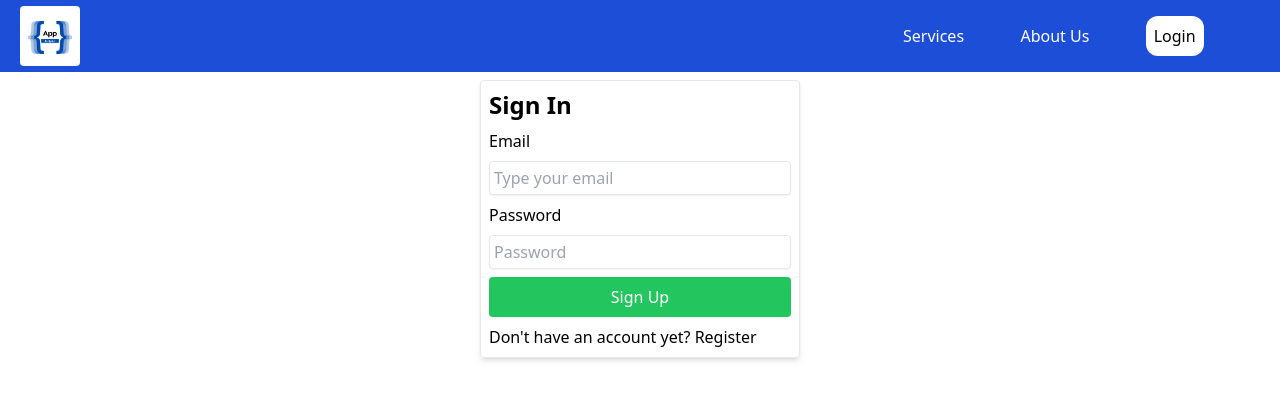
Repository: Cotizacionact/appscriptersvelte
Page: /Auth
The author's editor kept a copy of each file at every save. The page is drawn from the files as they stood at one save, then again after the next save.
The browser window is 1280 px wide. The pictures show the whole page.
The page's requests for data from a server got no answer. The project was rebuilt for these pictures with package versions that can differ from the ones it lists, and the page was loaded fresh each time. The framework's server and built-in components were replaced by stand-ins that run in the browser. No one was signed in, and anything a server would have sent is missing. Also part of the build but not shown: svelte.config.js, vite.config.ts, src/routes/Auth/register.svelte, src/routes/Auth/SignOut.svelte.

Above is the page before, as saved 2023-08-20 02:41:44.

### src/routes/+layout.svelte
<script>
	import PublicNav from "$lib/Public/Navegation/PublicNav.svelte";
    import "../app.css";
</script>
<PublicNav></PublicNav>
  <slot />

### src/routes/Auth/+page.svelte
<script lang="ts">
	import Register from "./register.svelte";
    import type {Component} from "$lib"
	import SignIn from "./SignIn.svelte";
	import SignOut from "./SignOut.svelte";

    let state:number = 0

    let StateHandler:{[key:number]:Component} = {
        0:SignIn,
        1:Register,
        2:SignOut
    }
</script>

<svelte:component this={StateHandler[state]}></svelte:component>

### src/routes/Auth/+page.server.ts
import { supabase } from "../../supabaseClient";
import { fail, redirect, type Actions } from "@sveltejs/kit";
import { AuthApiError } from "@supabase/supabase-js";




export const actions: Actions = {
    register:async ({request,locals})=>{
        const body = Object.fromEntries(await request.formData())
        const {data,error:err} = await supabase.auth.signUp({
            email:body.email as string,
            password:body.password as string
        })

        if(err){
            if(err instanceof AuthApiError && err.status === 400){
                return fail(400,{
                    error:"Invalid email or password"
                })
            }
            return fail(500, {error:"Server error. Please try again later."})
        }
        throw redirect(303, "/Private")
    }
};

### src/lib/Public/Navegation/PublicNav.svelte
<script>
    let show = false

</script>

<header class="w-full flex items-center justify-between bg-[#1d4ed8] p-5 h-[10vh]">
    <img src="/Images/Logo_Original.png" width={60} class="rounded bg-white p-2" alt="Logo"/>
    <div class=" hidden sm:flex w-1/3 justify-evenly text-white items-center">
        <p>Services</p>
        <p>About Us</p>
        <p class="bg-white text-black p-2 rounded-xl">Login</p>
    </div>
    <div class="space-y-2 border p-2 rounded sm:hidden">
      <div class="w-8 h-1 bg-white"></div>
      <div class="w-8 h-1 bg-white"></div>
      <div class="w-8 h-1 bg-white"></div>
    </div>
    {#if show=== true}
    <div class="absolute w-1/3 bg-white border right-0 bottom-[-100%] rounded p-2">
      <p class="border-b text-center hover:bg-gray-200 hover:rounded">Services</p>
      <p class="border-b text-center hover:bg-gray-200 hover:rounded">About Us</p>
      <p class="text-center bg-green-500 hover:bg-green-700 rounded font-bold text-white">Login</p>
    </div>
   {/if}
</header>

### src/routes/Auth/SignIn.svelte
<script lang="ts">

</script>

<main class="flex justify-center">
    <form action="?/signIn" method="POST" class="shadow-md flex flex-col md:w-1/4 border rounded my-2 p-2 space-y-2">
        <h1 class="font-bold text-2xl">Sign In</h1>
        <label for="email">Email</label>
        <input class="shadow-sm rounded border p-1"  type="text" name="email" id="email" placeholder="Type your email"/>
        <label for="password">Password</label>
        <input class="shadow-sm rounded border p-1" type="password" name="password" id="password" placeholder="Password"/>
        <button class="shadow-sm hover:shadow-md active:shadow-lg bg-green-500 text-white p-2 rounded hover:bg-green-700 active:bg-green-900">Sign Up</button>
        <p>Don't have an account yet? <a>Register</a></p>
    </form>
</main>

### src/supabaseClient.ts

import { PUBLIC_SUPABASE_ANON_KEY, PUBLIC_SUPABASE_URL } from '$env/static/public'
import { createClient } from '@supabase/supabase-js'

// Create a single supabase client for interacting with your database
export const supabase = createClient(PUBLIC_SUPABASE_URL, PUBLIC_SUPABASE_ANON_KEY)

Loaded but not shown: src/app.html (common file); src/app.css (common file); tailwind.config.js (common file)

After the next save:
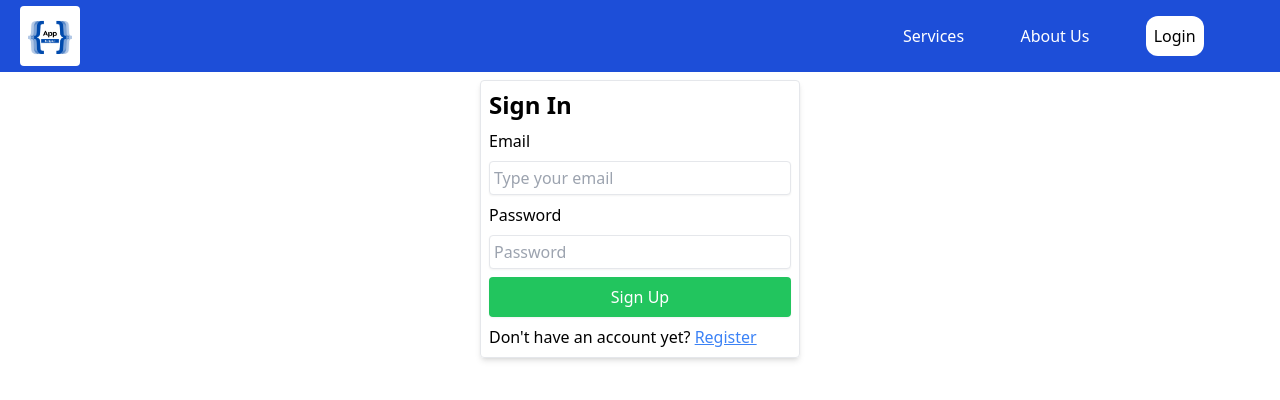
Saved 119 s later.
--- a/src/routes/Auth/SignIn.svelte
+++ b/src/routes/Auth/SignIn.svelte
@@ -10,6 +10,6 @@
         <label for="password">Password</label>
         <input class="shadow-sm rounded border p-1" type="password" name="password" id="password" placeholder="Password"/>
         <button class="shadow-sm hover:shadow-md active:shadow-lg bg-green-500 text-white p-2 rounded hover:bg-green-700 active:bg-green-900">Sign Up</button>
-        <p>Don't have an account yet? <a>Register</a></p>
+        <p>Don't have an account yet? <a class="text-blue-500 underline">Register</a></p>
     </form>
 </main>
